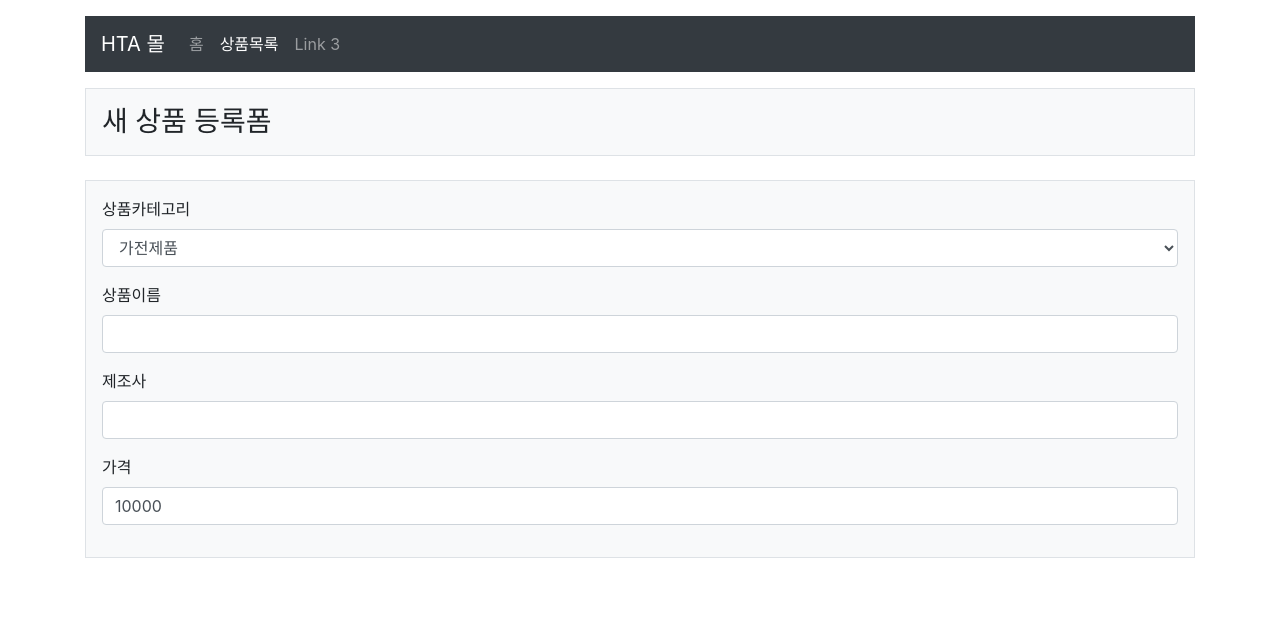
Repository: onuo77/HTA
Page: http://localhost/sample-mybatis/product/form.jsp
These files come from the project's save history. The page is drawn as it stood at one moment and after the next save; the edit follows.
The browser window is 1280 px wide. The pictures show the whole page.
The page is served by Tomcat 9.

Above is the page before, as saved 2021-05-26 05:38:03.

After the next save:
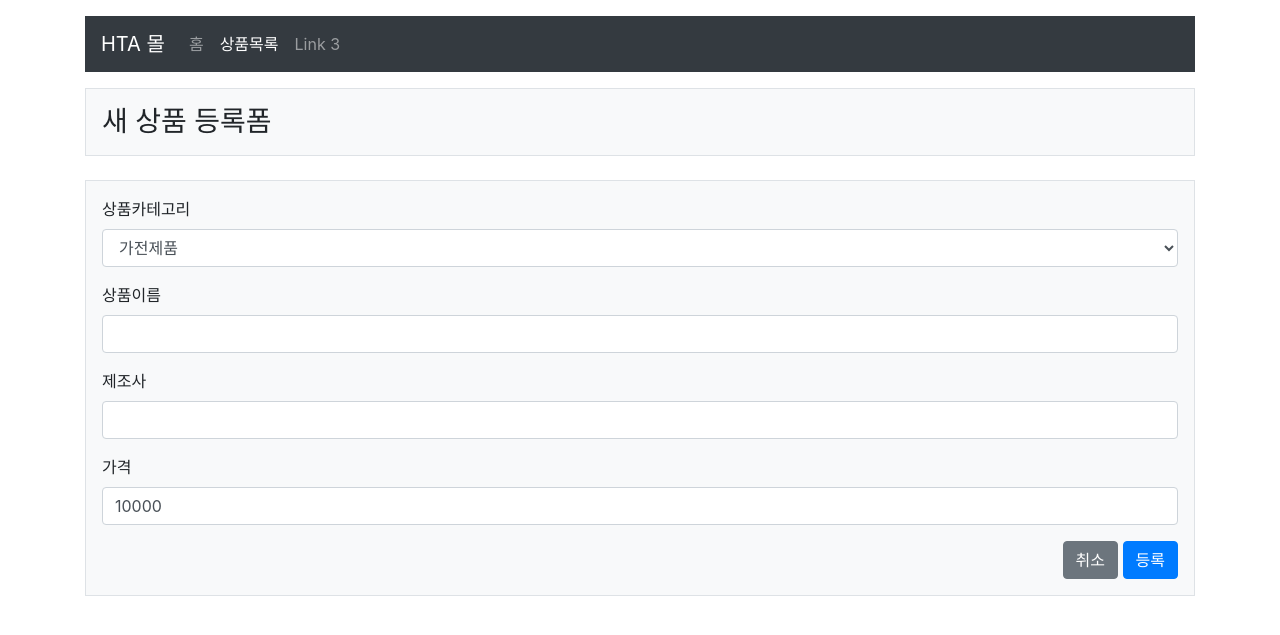
Saved 2 min 53 s later.
--- a/java-web/sample-mybatis/src/main/webapp/product/form.jsp
+++ b/java-web/sample-mybatis/src/main/webapp/product/form.jsp
@@ -51,6 +51,10 @@
 						<label>가격</label>
 						<input type="number" class="form-control" name="price" value="10000" min="5000" max="1000000" step="1000"/>
 					</div>
+					<div class="text-right">
+						<a href="list.jsp" class="btn btn-secondary">취소</a>
+						<button type="submit" class="btn btn-primary">등록</button>
+					</div>
 				</form>
 			</div>
 		</div>
